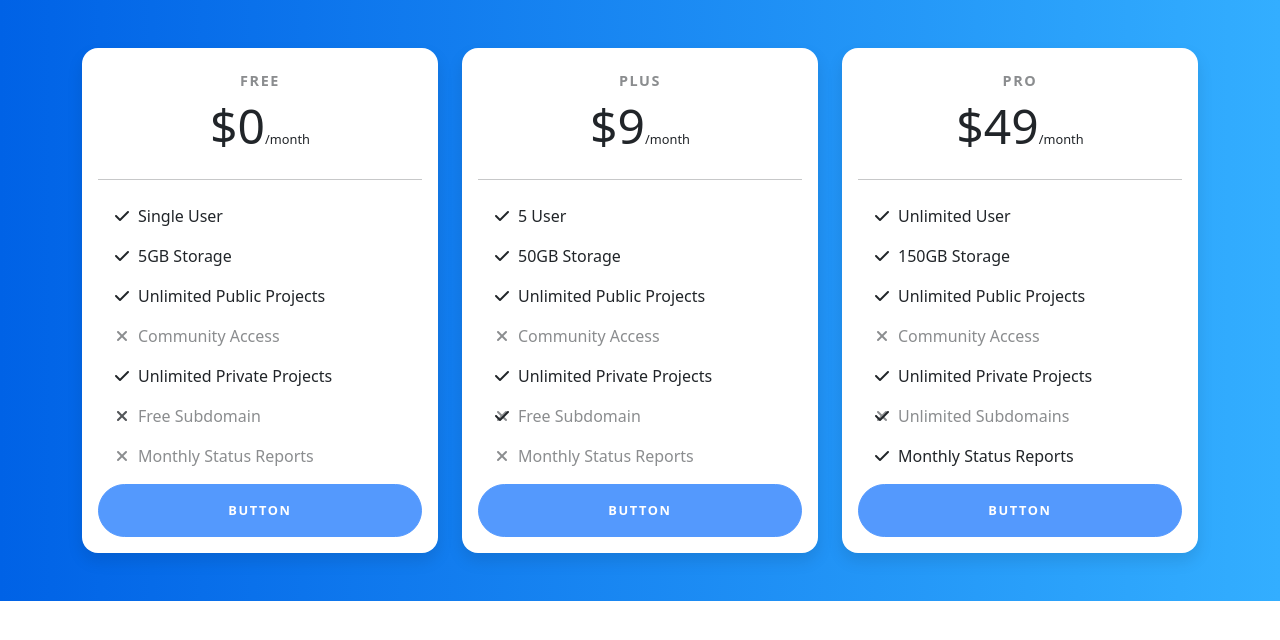
Repository: muzthy8/price-card
Page: /
An editor plug-in stored every save of this project. The page is shown before and after the next save, followed by the edit.
The browser window is 1280 px wide. The pictures show the whole page.
Some web libraries are served in a nearby version. The project was rebuilt for these pictures with package versions that can differ from the ones it lists, and the page was loaded fresh each time.

Above is the page before, as saved 2023-06-24 08:22:05.

After the next save:
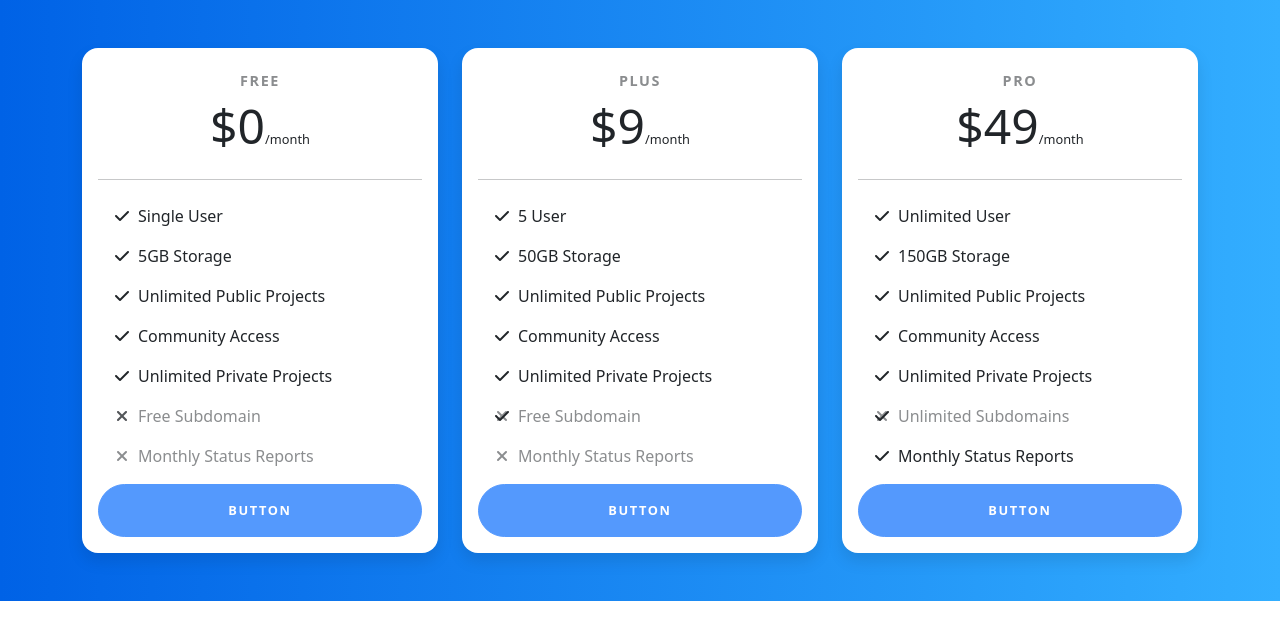
Saved 104 min 41 s later.
--- a/src/card.js
+++ b/src/card.js
@@ -14,7 +14,7 @@ function card({data}) {
               <li className={data.isUsers?"":"text-muted"}><span className="fa-li"><i className={data.isUsers?"fas fa-check":"fas fa-times"}></i></span>{data.users}</li>
               <li className={data.isStorage?"":"text-muted"}><span className="fa-li"><i className={data.isStorage?"fas fa-check":"fas fa-times"}></i></span>{data.storage}</li>
               <li className={data.isPublicProjects?"":"text-muted"}><span className="fa-li"><i className={data.isPublicProjects?"fas fa-check":"fas fa-times"}></i></span>{data.publicProjects}</li>
-              <li className={data.isCommunityAcces?"":"text-muted"}><span className="fa-li"><i className={data.isCommunityAcces?"fas fa-check":"fas fa-times"}></i></span>{data.communityAccess}</li>
+              <li className={data.isCommunityAccess?"":"text-muted"}><span className="fa-li"><i className={data.isCommunityAccess?"fas fa-check":"fas fa-times"}></i></span>{data.communityAccess}</li>
               <li className={data.isPrivateProjects?"":"text-muted"}><span className="fa-li"><i className={data.isPrivateProjects?"fas fa-check":"fas fa-times"}></i></span>{data.privateProjects}</li>
               <li className={data.isPhoneSupport?"":"text-muted"}><span className="fa-li"><i className={data.isPhoneSupport?"fas fa-check":"fas fa-times"}></i></span>{data.phoneSupport}</li>
               <li className={data.isSubdomain?"":"text-muted"}><span className="fa-li"><i className={data.isSubdomain?"fas fa-check":"fas fa-times"}></i></span>{data.subDomain}</li>
